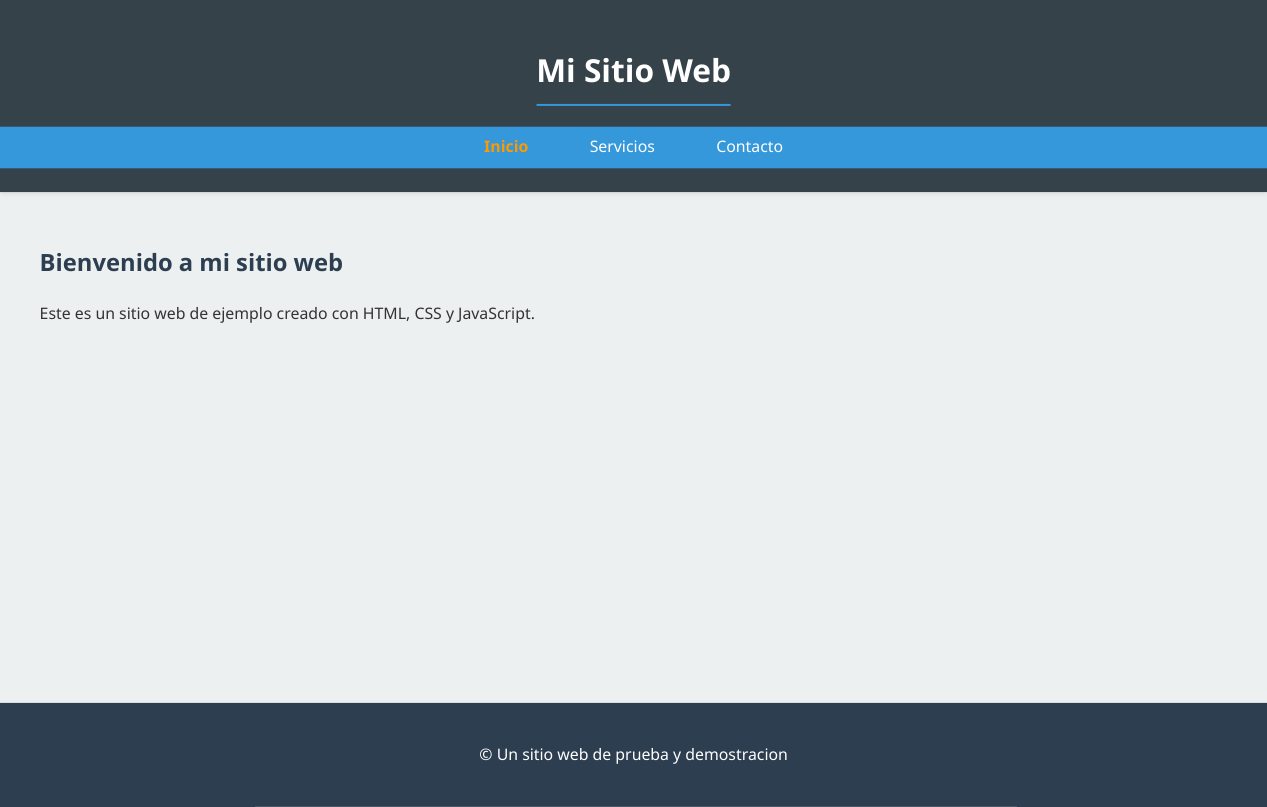
Repository: Sevanjo/Pagina_web
Page: HTML/index.html
An editor plug-in stored every save of this project. The page is shown before and after the next save, followed by the edit.
The browser window is 1280 px wide. The pictures show the whole page, at 99% of full size.

Above is the page before, as saved 2025-04-20 20:04:40.

After the next save:
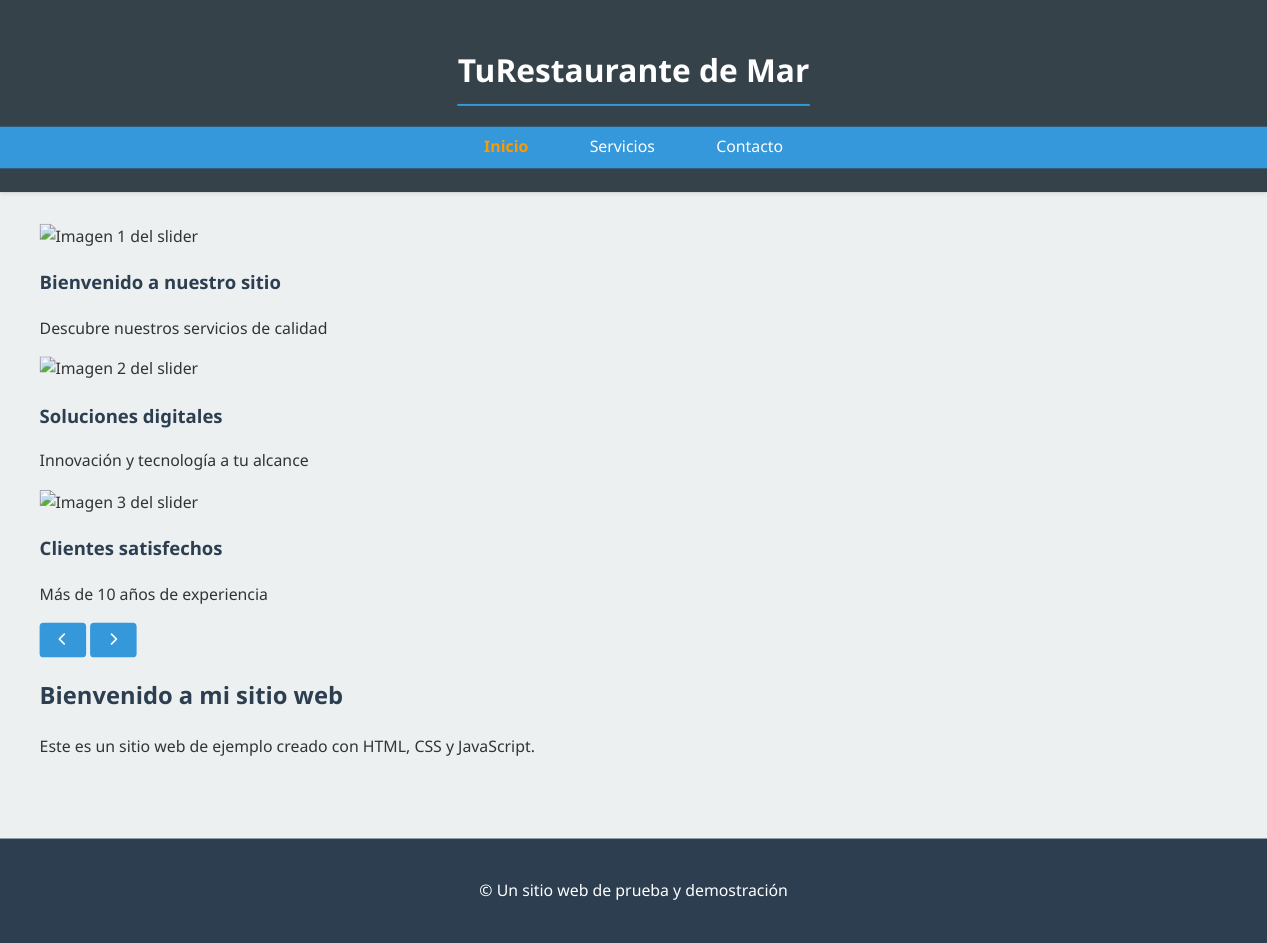
Not found: images/slide1.jpg
Not found: images/slide2.jpg
Not found: images/slide3.jpg
Saved 13 days later.
--- a/HTML/index.html
+++ b/HTML/index.html
@@ -5,10 +5,11 @@
     <meta name="viewport" content="width=device-width, initial-scale=1.0">
     <title>Mi Sitio Web - Inicio</title>
     <link rel="stylesheet" href="../CSS/styles.css">
+    <link rel="stylesheet" href="https://cdnjs.cloudflare.com/ajax/libs/font-awesome/6.0.0/css/all.min.css">   <!-- Nuevo: Agregamos Font Awesome para íconos del carrusel -->
 </head>
 <body>
     <header>
-        <h1>Mi Sitio Web</h1>
+        <h1>TuRestaurante de Mar</h1>
         <nav>
             <ul>
                 <li><a href="index.html">Inicio</a></li>
@@ -19,6 +20,38 @@
     </header>
 
     <main>
+        <!-- Carrusel -->
+        <section class="slider-container">
+            <div class="slider">
+                <div class="slide active">
+                    <img src="../images/slide1.jpg" alt="Imagen 1 del slider">
+                    <div class="slide-caption">
+                        <h3>Bienvenido a nuestro sitio</h3>
+                        <p>Descubre nuestros servicios de calidad</p>
+                    </div>
+                </div>
+                <div class="slide">
+                    <img src="../images/slide2.jpg" alt="Imagen 2 del slider">
+                    <div class="slide-caption">
+                        <h3>Soluciones digitales</h3>
+                        <p>Innovación y tecnología a tu alcance</p>
+                    </div>
+                </div>
+                <div class="slide">
+                    <img src="../images/slide3.jpg" alt="Imagen 3 del slider">
+                    <div class="slide-caption">
+                        <h3>Clientes satisfechos</h3>
+                        <p>Más de 10 años de experiencia</p>
+                    </div>
+                </div>
+            </div>
+            <!-- Controles del slider -->
+            <button class="slider-btn prev-btn"><i class="fas fa-chevron-left"></i></button>
+            <button class="slider-btn next-btn"><i class="fas fa-chevron-right"></i></button>
+            <!-- Indicadores/puntos -->
+            <div class="slider-indicators"></div>
+        </section>
+
         <section>
             <h2>Bienvenido a mi sitio web</h2>
             <p>Este es un sitio web de ejemplo creado con HTML, CSS y JavaScript.</p>
@@ -26,9 +59,9 @@
     </main>
 
     <footer>
-        <p>&copy; Un sitio web de prueba y demostracion</p>
+        <p>&copy; Un sitio web de prueba y demostración</p>
     </footer>
 
-    <script src="js/script.js"></script>
+    <script src="../js/script.js"></script>
 </body>
 </html>
